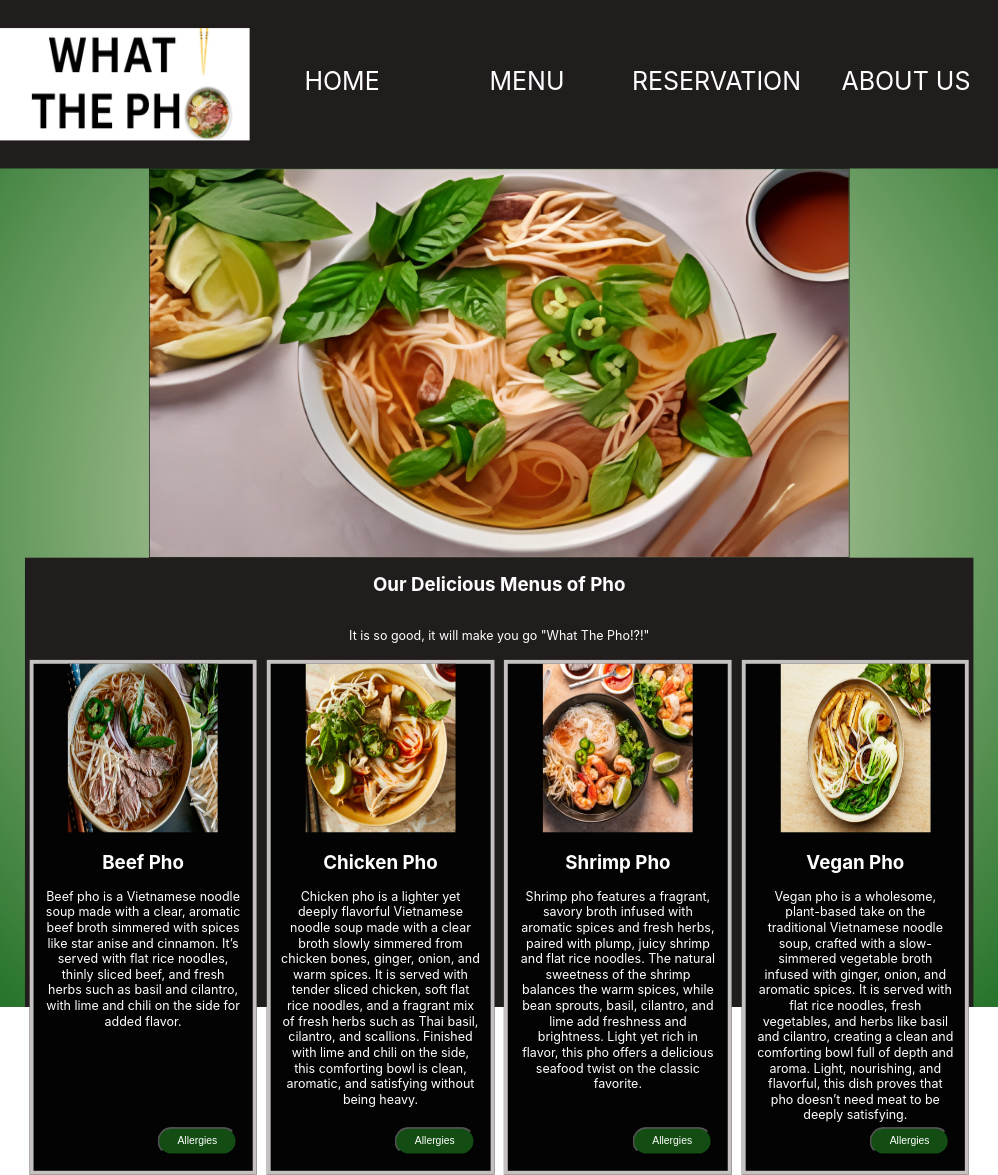
Repository: NguyenkhDang/Restaurant-Website
Page: /
An editor plug-in stored every save of this project. The page is shown before and after the next save, followed by the edit.
The browser window is 1280 px wide. The pictures show the whole page, at 78% of full size.
The project was rebuilt for these pictures with package versions that can differ from the ones it lists, and the page was loaded fresh each time.

Above is the page before, as saved 2026-01-16 00:40:44.

After the next save:
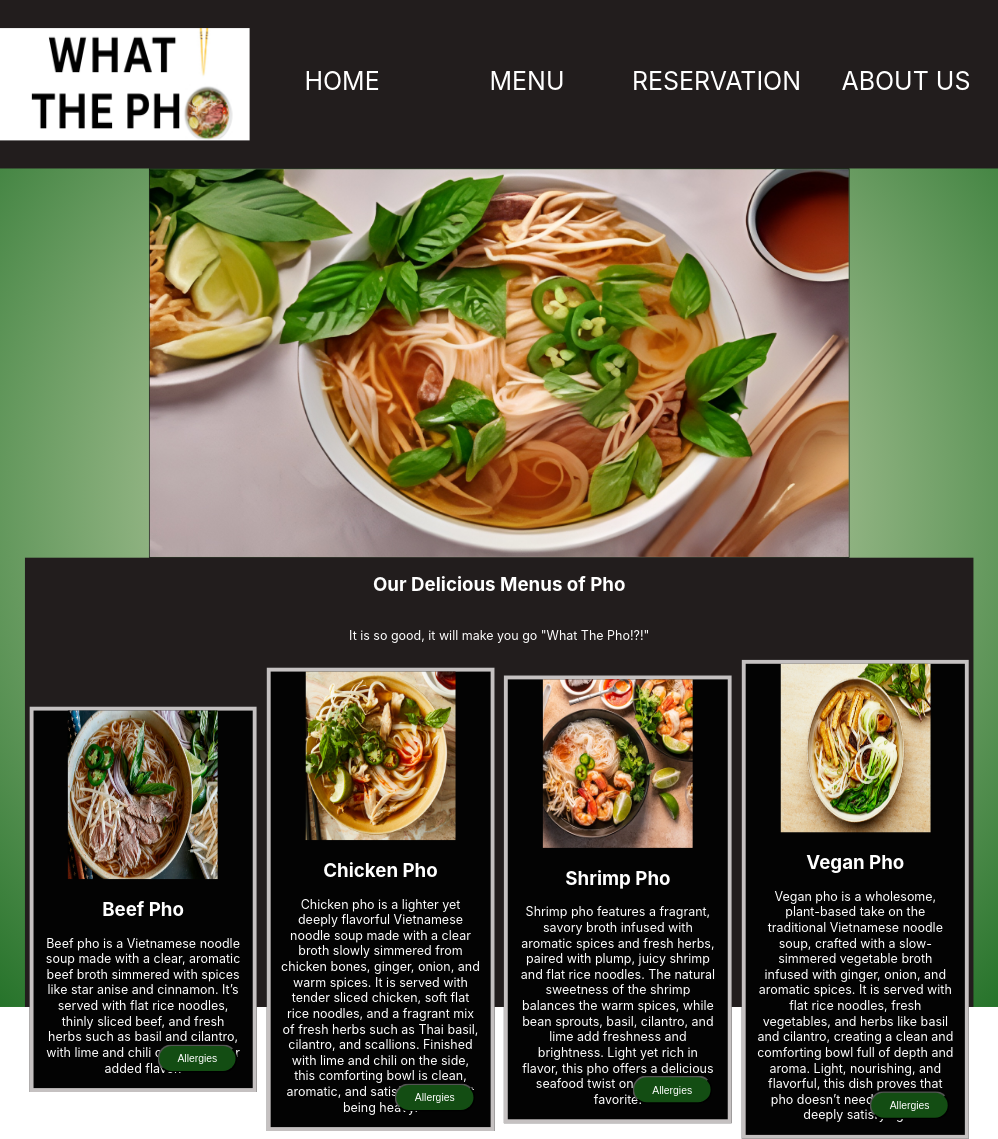
Saved 60 s later.
--- a/src/CSS/Readmore.css
+++ b/src/CSS/Readmore.css
@@ -1,7 +1,7 @@
 .descriptionContainer{
   display: block;
   width: 20vw;
-  height: 650px;
+  height: auto px;
   padding-top: 2.5vh;
   position: relative;
 

After the save that followed:
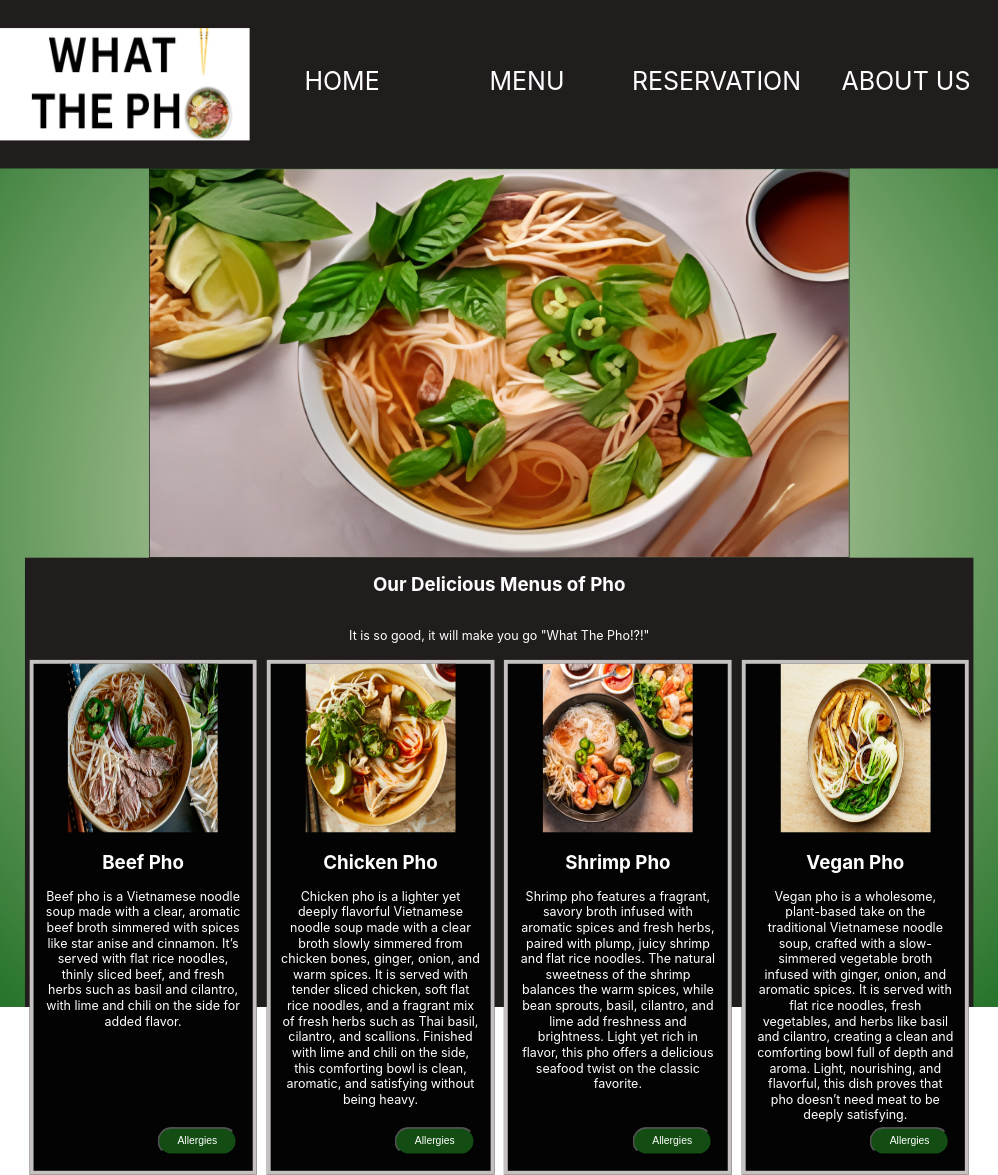
Saved 5 s later.
--- a/src/CSS/Readmore.css
+++ b/src/CSS/Readmore.css
@@ -1,7 +1,7 @@
 .descriptionContainer{
   display: block;
   width: 20vw;
-  height: auto px;
+  height: 650px;
   padding-top: 2.5vh;
   position: relative;
 
